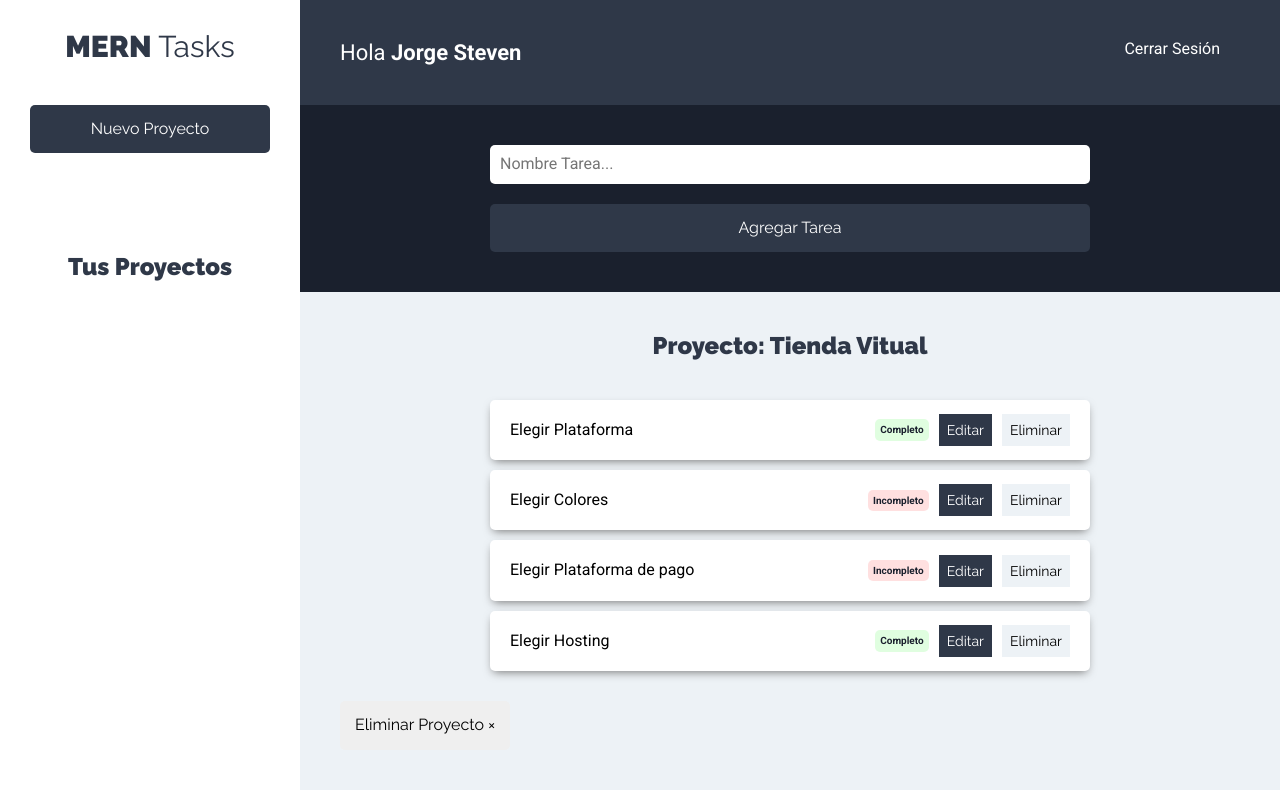
Repository: tive02/MERNTask-cliente
Page: /proyectos
An editor plug-in stored every save of this project. The page is shown before and after a run of saves, followed by the edit.
The browser window is 1280 px wide. The pictures show the whole page.
The project was rebuilt for these pictures with package versions that can differ from the ones it lists, and the page was loaded fresh each time. Also part of the build but not shown: src/components/auth/Login.js, src/components/auth/NuevaCuenta.js.

Above is the page before, as saved 2021-03-20 13:03:42.

After the next 4 saves:
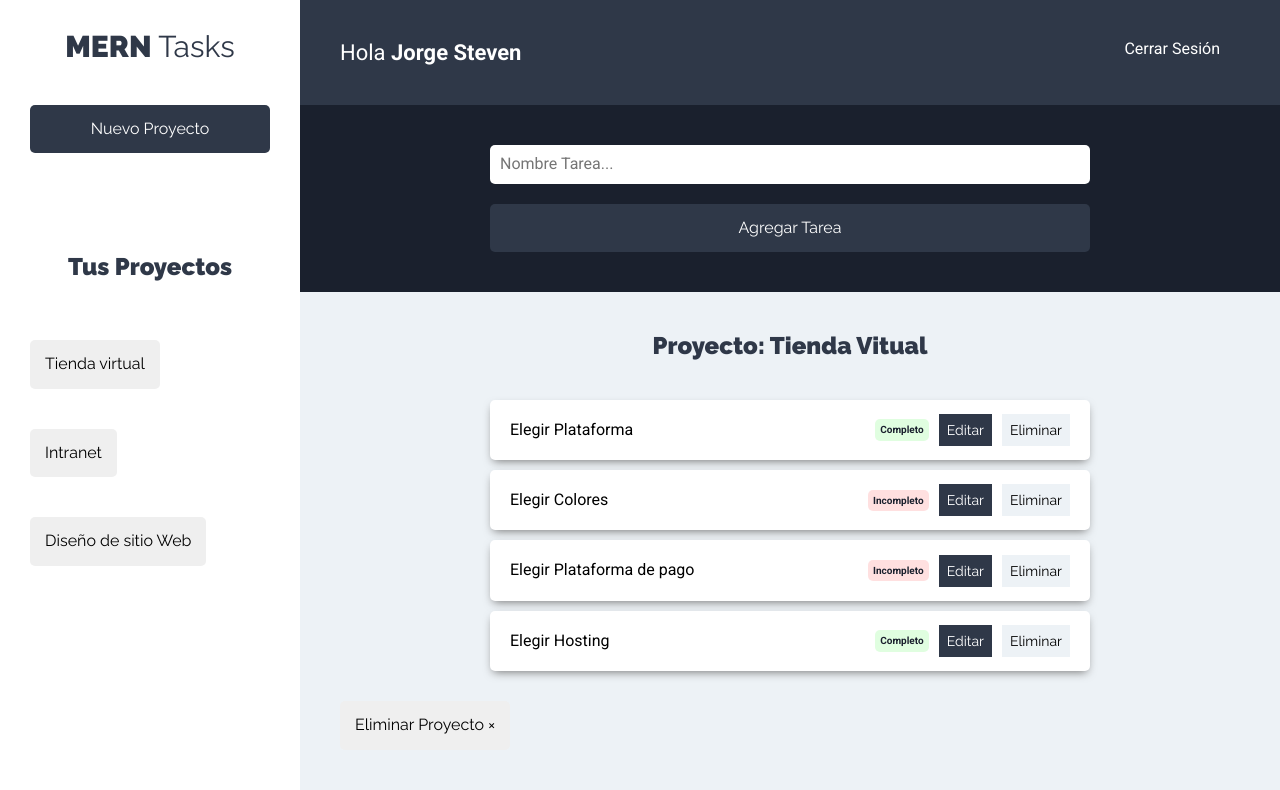
The 4 saves are shown as one change because 3 did not build or start.
The last was saved 3 min 58 s later.
--- a/src/context/proyectos/proyectoState.js
+++ b/src/context/proyectos/proyectoState.js
@@ -24,7 +24,7 @@ const ProyectoState = (props) => {
   };
 
   //OBtener los Proyectos
-  const obtenerPoyectos = (proyectos) => {
+  const obtenerProyectos = () => {
     dispatch({
       type: OBTENER_PROYECTOS,
       payload: proyectos,
@@ -37,7 +37,7 @@ const ProyectoState = (props) => {
         proyectos: state.proyectos,
         formulario: state.formulario,
         mostrarFormulario,
-        obtenerPoyectos,
+        obtenerProyectos,
       }}>
       {props.children}
     </proyectoContext.Provider>
--- a/src/components/proyectos/ListadoProyectos.js
+++ b/src/components/proyectos/ListadoProyectos.js
@@ -1,11 +1,15 @@
-import React, { useContext } from "react";
+import React, { useContext, useEffect } from "react";
 import proyectoContext from "../../context/proyectos/proyectoContext";
 import Proyecto from "./Proyecto";
 
 const ListadoProyectos = () => {
   //Extraer proyectos de State inicial
   const proyectosContext = useContext(proyectoContext);
-  const { proyectos } = proyectosContext;
+  const { proyectos, obtenerProyectos } = proyectosContext;
+
+  useEffect(() => {
+    obtenerProyectos();
+  }, []);
   //Revisar si proyectos tiene contenido
   if (proyectos.length === 0) return null;
 
